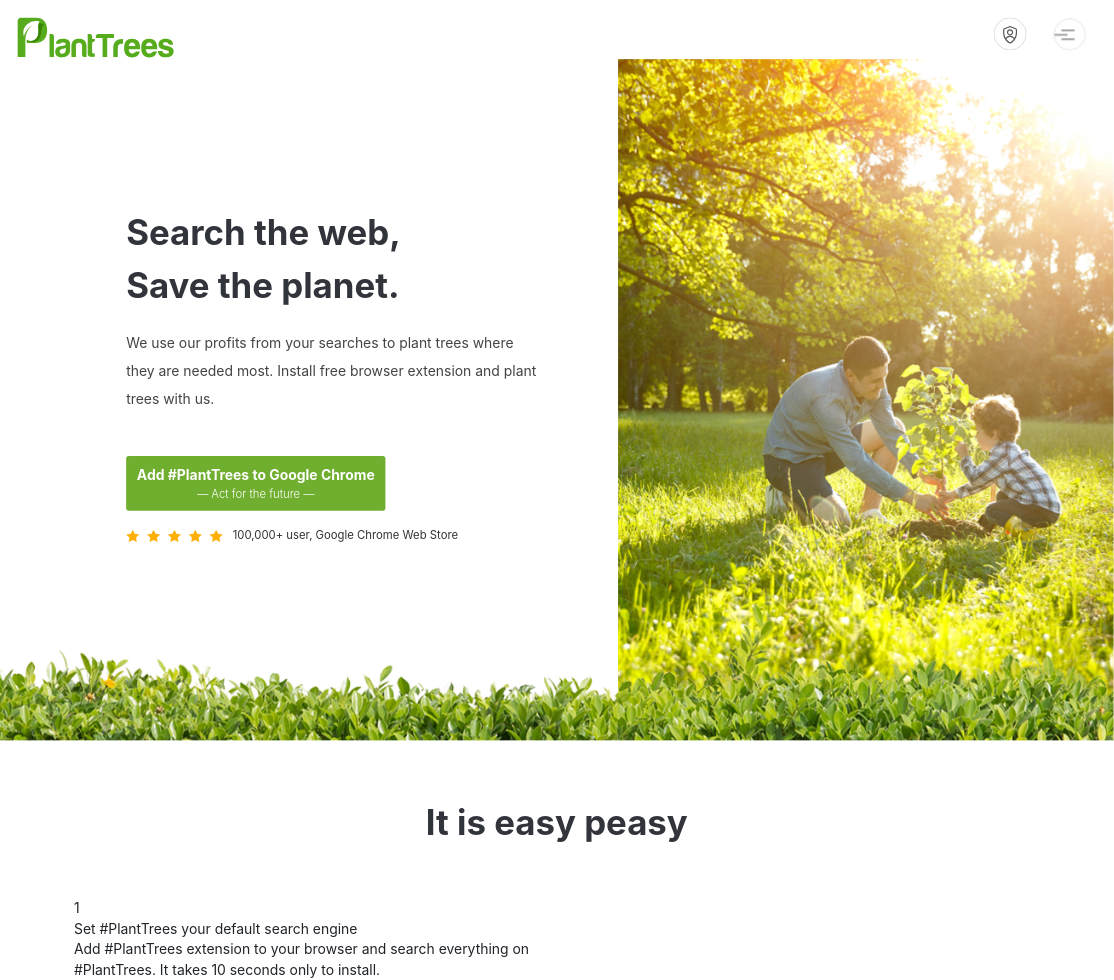
Repository: caothaito/b6g6
Page: bogo/how-it-work.html
The author's editor kept a copy of each file at every save. The page is drawn from the files as they stood at one save, then again after the next save.
The browser window is 1280 px wide. The pictures show the whole page, at 87% of full size.
Some web libraries are served in a nearby version. The style sheet was rebuilt from its Sass, Less or Tailwind sources for each picture, by a compiler version that may differ from the author's.

Above is the page before, as saved 2020-08-14 11:34:52.
Console error: TypeError: $(...).ready(...) is not a function

After the next save:
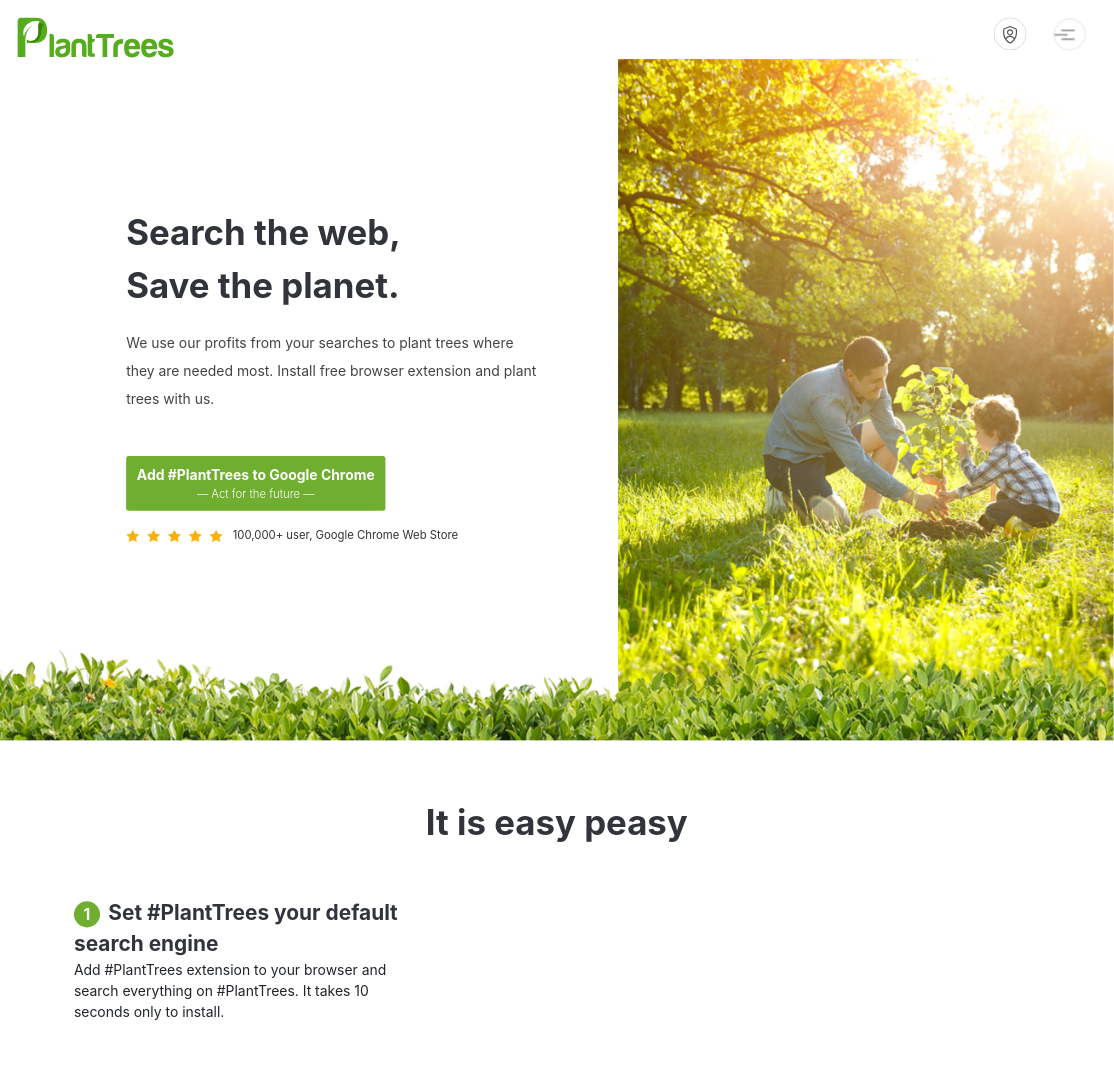
Saved 111 s later.
--- a/bogo/assets/css/style.scss
+++ b/bogo/assets/css/style.scss
@@ -307,7 +307,7 @@
         text-align: center;
     }
 
-    .plant-easyPeasy-item {
+    .plant-esayPeasy-item {
         margin-bottom: 80px;
         display: flex;
 
